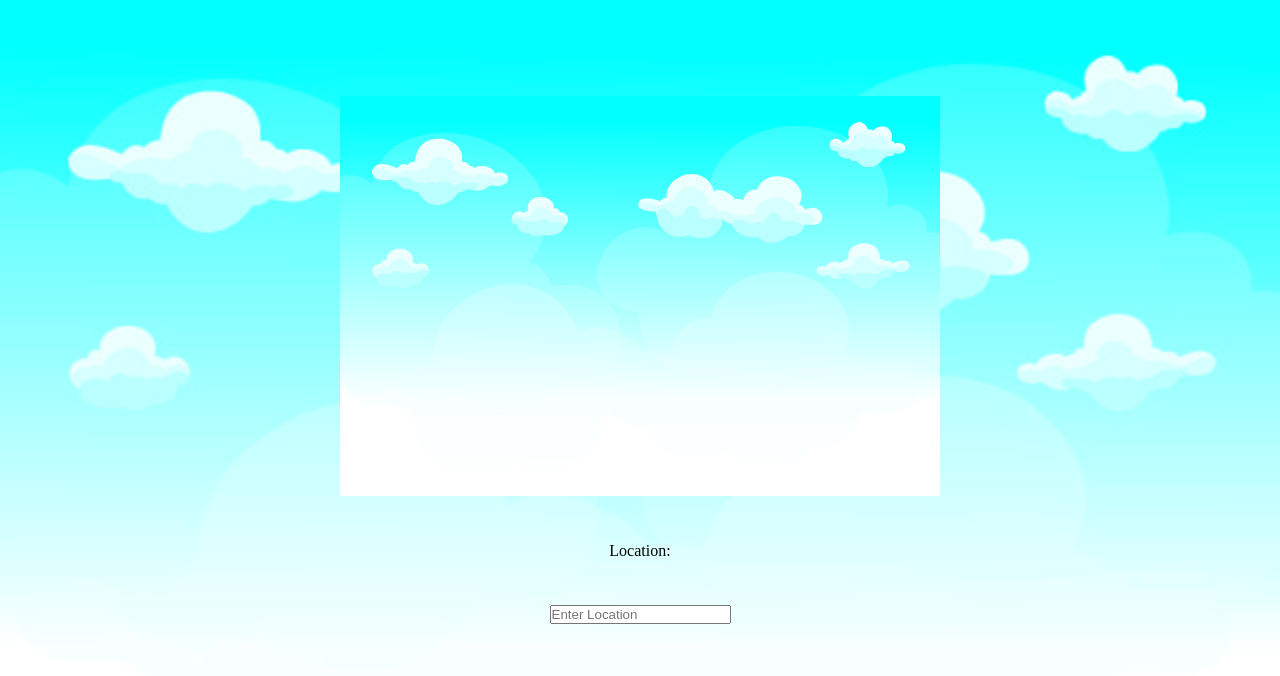
Repository: shaelorch/weather
Page: /
The author's editor kept a copy of each file at every save. The page is drawn from the files as they stood at one save, then again after the next save.
The browser window is 1280 px wide. The pictures show the whole page.
The project was rebuilt for these pictures with package versions that can differ from the ones it lists, and the page was loaded fresh each time. The framework's server and built-in components were replaced by stand-ins that run in the browser. Also part of the build but not shown: next.config.js.

Above is the page before, as saved 2023-01-17 11:46:08.

### pages/index.js
import Head from 'next/head'
import Image from 'next/image'
import { Inter } from '@next/font/google'
import styles from '@/styles/Home.module.css'
import axios from 'axios'
import { useState } from 'react';

const inter = Inter({ subsets: ['latin'] })



export default function Home() {
  const [location, setLocation] = useState('');
  const [data, setData] = useState({});
  const [weather, setWeather] = useState();
  const [errorMessage, setErrorMessage] = useState("");

  var apiKey = "5bb65e5dcdd88d96c09dd61a44557240";
  var lang = "fr";
  var units = "metric";
  const url = `https://api.openweathermap.org/data/2.5/weather?q=${location}&units=${units}&appid=${apiKey}&lang=${lang}`

  const searchLocation = (event) => {
    if(event.key === "Enter") {
      axios.get(url)
      .then((response) => {
        console.clear();
        setData(response.data);
        console.log(response.data);
        setWeather(response.data.weather);
        setErrorMessage("");
      }).catch(err => {
        console.log(err);
        setErrorMessage("Please enter another location");
        setData({});
        setWeather()
      })
      setLocation('')
  }}

  return <main className={styles.main}>

    <img styles={styles.background} src="/clouds.jpg"/>
    <div>
      <p>Location:</p>
      {data.name}
    </div>

    <input
    value={location}
    onChange={event => setLocation(event.target.value)}
    placeholder="Enter Location"
    onKeyDown={searchLocation}
    type="text"
    />

    {
      weather && weather.map((w, index)=> {
        return(
          <div key={index}>
            <div>{w.description}</div>
            <div>{w.main}</div>
            {data.main.temp} &deg;C
            <p>Feels Like:</p>
            {data.main.feels_like} &deg;C
            </div>










        )
      })
    }

  </main>



}

### styles/Home.module.css
.main {
  display: flex;
  flex-direction: column;
  justify-content: space-between;
  align-items: center;
  padding: 6rem;
  min-height: 100vh;
  background-image: url("/clouds.jpg");
  background-repeat: no-repeat;
  background-size: cover;
}


.description {
  display: inherit;
  justify-content: inherit;
  align-items: inherit;
  font-size: 0.85rem;
  max-width: var(--max-width);
  width: 100%;
  z-index: 2;
  font-family: var(--font-mono);
}

.description a {
  display: flex;
  justify-content: center;
  align-items: center;
  gap: 0.5rem;
}

.description p {
  position: relative;
  margin: 0;
  padding: 1rem;
  background-color: rgba(var(--callout-rgb), 0.5);
  border: 1px solid rgba(var(--callout-border-rgb), 0.3);
  border-radius: var(--border-radius);
}

.code {
  font-weight: 700;
  font-family: var(--font-mono);
}

.grid {
  display: grid;
  grid-template-columns: repeat(4, minmax(25%, auto));
  width: var(--max-width);
  max-width: 100%;
}

.card {
  padding: 1rem 1.2rem;
  border-radius: var(--border-radius);
  background: rgba(var(--card-rgb), 0);
  border: 1px solid rgba(var(--card-border-rgb), 0);
  transition: background 200ms, border 200ms;
}

.card span {
  display: inline-block;
  transition: transform 200ms;
}

.card h2 {
  font-weight: 600;
  margin-bottom: 0.7rem;
}

.card p {
  margin: 0;
  opacity: 0.6;
  font-size: 0.9rem;
  line-height: 1.5;
  max-width: 30ch;
}

.center {
  display: flex;
  justify-content: center;
  align-items: center;
  position: relative;
  padding: 4rem 0;
}

.center::before {
  background: var(--secondary-glow);
  border-radius: 50%;
  width: 480px;
  height: 360px;
  margin-left: -400px;
}

.center::after {
  background: var(--primary-glow);
  width: 240px;
  height: 180px;
  z-index: -1;
}

.center::before,
.center::after {
  content: '';
  left: 50%;
  position: absolute;
  filter: blur(45px);
  transform: translateZ(0);
}

.logo,
.thirteen {
  position: relative;
}

.thirteen {
  display: flex;
  justify-content: center;
  align-items: center;
  width: 75px;
  height: 75px;
  padding: 25px 10px;
  margin-left: 16px;
  transform: translateZ(0);
  border-radius: var(--border-radius);
  overflow: hidden;
  box-shadow: 0px 2px 8px -1px #0000001a;
}

.thirteen::before,
.thirteen::after {
  content: '';
  position: absolute;
  z-index: -1;
}

/* Conic Gradient Animation */
.thirteen::before {
  animation: 6s rotate linear infinite;
  width: 200%;
  height: 200%;
  background: var(--tile-border);
}

/* Inner Square */
.thirteen::after {
  inset: 0;
  padding: 1px;
  border-radius: var(--border-radius);
  background: linear-gradient(
    to bottom right,
    rgba(var(--tile-start-rgb), 1),
    rgba(var(--tile-end-rgb), 1)
  );
  background-clip: content-box;
}

/* Enable hover only on non-touch devices */
@media (hover: hover) and (pointer: fine) {
  .card:hover {
    background: rgba(var(--card-rgb), 0.1);
    border: 1px solid rgba(var(--card-border-rgb), 0.15);
  }

  .card:hover span {
    transform: translateX(4px);
  }
}

@media (prefers-reduced-motion) {
  .thirteen::before {
    animation: none;
  }

  .card:hover span {
    transform: none;
  }
}

/* Mobile */
@media (max-width: 700px) {
  .content {
    padding: 4rem;
  }

  .grid {
    grid-template-columns: 1fr;
    margin-bottom: 120px;
    max-width: 320px;
    text-align: center;
  }

  .card {
    padding: 1rem 2.5rem;
  }

  .card h2 {
    margin-bottom: 0.5rem;
  }

  .center {
    padding: 8rem 0 6rem;
  }

  .center::before {
    transform: none;
    height: 300px;
  }

  .description {
    font-size: 0.8rem;
  }

  .description a {
    padding: 1rem;
  }

  .description p,
  .description div {
    display: flex;
    justify-content: center;
    position: fixed;
    width: 100%;
  }

  .description p {
    align-items: center;
    inset: 0 0 auto;
    padding: 2rem 1rem 1.4rem;
    border-radius: 0;
    border: none;
    border-bottom: 1px solid rgba(var(--callout-border-rgb), 0.25);
    background: linear-gradient(
      to bottom,
      rgba(var(--background-start-rgb), 1),
      rgba(var(--callout-rgb), 0.5)
    );
    background-clip: padding-box;
    backdrop-filter: blur(24px);
  }

  .description div {
    align-items: flex-end;
    pointer-events: none;
    inset: auto 0 0;
    padding: 2rem;
    height: 200px;
    background: linear-gradient(
      to bottom,
      transparent 0%,
      rgb(var(--background-end-rgb)) 40%
    );
    z-index: 1;
  }
}

/* Tablet and Smaller Desktop */
@media (min-width: 701px) and (max-width: 1120px) {
  .grid {
    grid-template-columns: repeat(2, 50%);
  }
}

@media (prefers-color-scheme: dark) {
  .vercelLogo {
    filter: invert(1);
  }

  .logo,
  .thirteen img {
    filter: invert(1) drop-shadow(0 0 0.3rem #ffffff70);
  }
}

@keyframes rotate {
  from {
    transform: rotate(360deg);
  }
  to {
    transform: rotate(0deg);
  }
}

Loaded but not shown: pages/_app.js (common file); pages/_document.js (common file); styles/globals.css (common file)

After the next save:
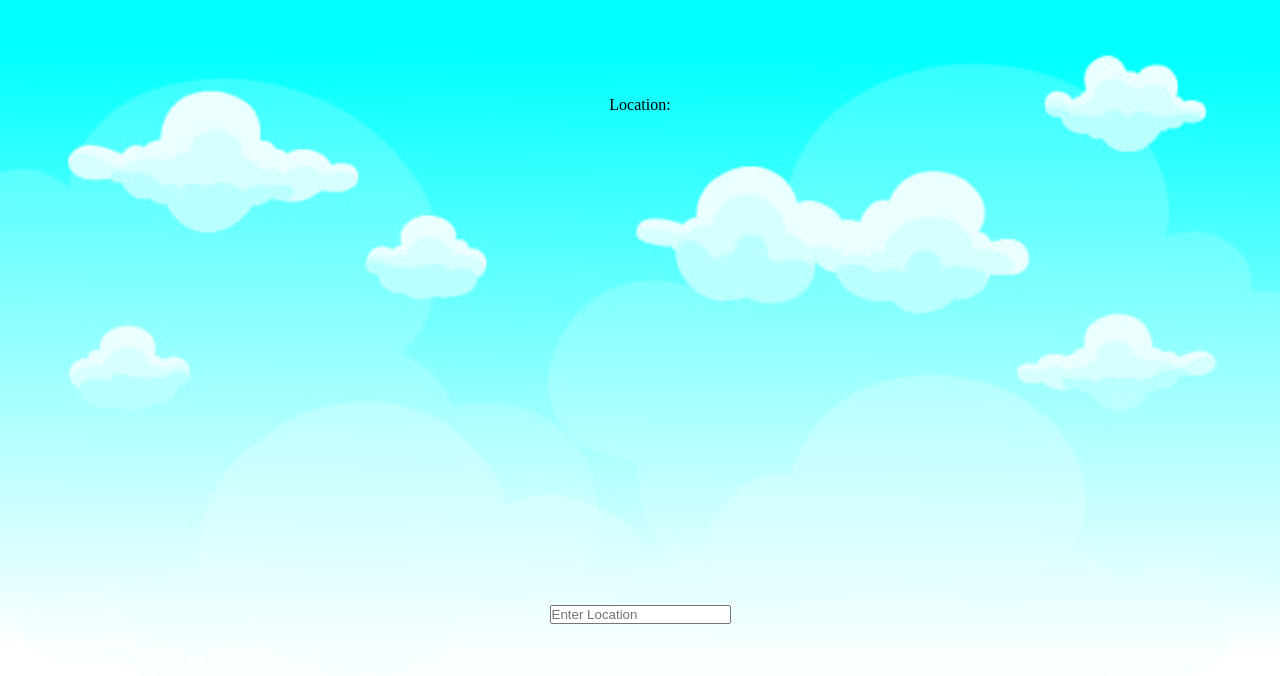
Saved 23 s later.
--- a/pages/index.js
+++ b/pages/index.js
@@ -40,7 +40,7 @@ export default function Home() {
 
   return <main className={styles.main}>
 
-    <img styles={styles.background} src="/clouds.jpg"/>
+
     <div>
       <p>Location:</p>
       {data.name}
